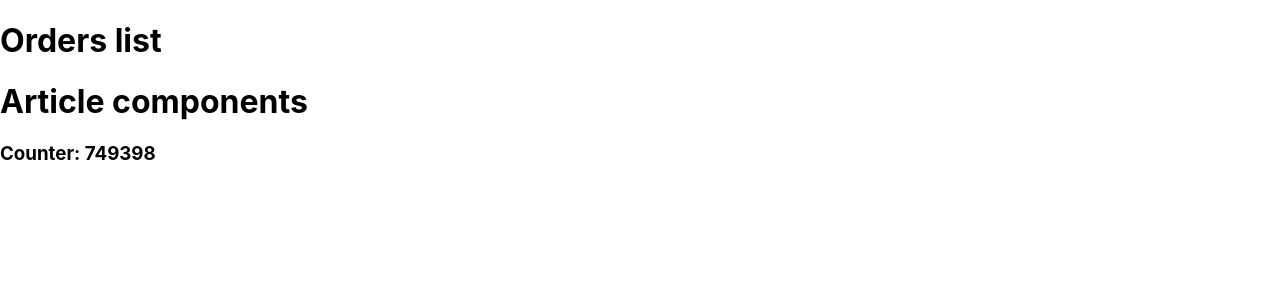
Repository: FS-23/react-navigation
Page: /menu
An editor plug-in stored every save of this project. The page is shown before and after the next save, followed by the edit.
The browser window is 1280 px wide. The pictures show the whole page.
The project was rebuilt for these pictures with package versions that can differ from the ones it lists, and the page was loaded fresh each time.

Above is the page before, as saved 2022-05-06 12:59:55.

### src/App.js

import OrderList from "./components/OrderList";
import Article from "./components/Article";
function App() {
  return (
    <div className="App">
        <OrderList />
        <Article />
    </div>
  );
}

export default App;

### src/components/OrderList.js
import { getOrders , addOrder} from '../API/orders'
import { useEffect } from 'react'
function OrderList(){

    useEffect(()=> {
        addOrder({
            name: "Pizza hut",
            price: 12
        })
        console.log('getOrders:', getOrders() )
    }, [])

    return (
        <>
           <h1>Orders list</h1>
        </>
    )
}

export default OrderList

### src/components/Article.js
import React from "react";

export default  class Article extends React.Component {

     constructor(props){
          super(props)
          this.state = {
              count: 0
          }

          this.timer = 0


     }

    //  componentDidMount(){
    //        this.timer = setInterval(()=>{
    //            this.setState({count: this.state.count ++})
    //        },1000)
    //  }

     componentDidUpdate(){

     }




     render(){
        this.timer = setInterval(()=>{
            this.setState({count: this.state.count ++})
        })
         return(
            <>
                <h1>Article components</h1>
                <h3>Counter: {this.state.count}</h3>
            </>
         )
     }
}

### src/API/orders.js
const orders = [];

export function getOrders(){
    return orders
}

export function addOrder(obj){
    obj.id = orders.length + 1;
    orders.push(obj)
    return orders
}

export function getOrder(id){
    let order = orders.find((_order)=> _order.id == id)
    return order
}

export function changeOrderStatus(id, status){
    for(let order of orders){
        if(order.id == id) {
            order.status = status
            break
        }
    }

    return orders
    //   orders.forEach( order => {
    //       if(order.id == id) order.status = status
    //   })
}

export function removeOrder(id){
     orders.forEach( (order , index) => {
         if(order.id == id) orders.splice(index,1)
     })

     return orders
}

Loaded but not shown: public/index.html (common file); src/index.js (common file); src/index.css (common file)

After the next save:
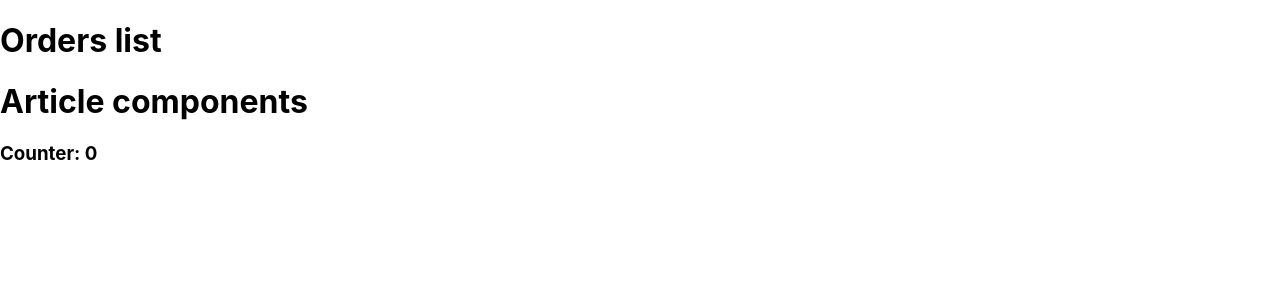
Saved 31 s later.
--- a/src/components/Article.js
+++ b/src/components/Article.js
@@ -20,16 +20,16 @@
     //  }
 
      componentDidUpdate(){
-
+        this.timer = setInterval(()=>{
+            this.setState({count: this.state.count ++})
+        })
      }
 
 
 
 
      render(){
-        this.timer = setInterval(()=>{
-            this.setState({count: this.state.count ++})
-        })
+
          return(
             <>
                 <h1>Article components</h1>
